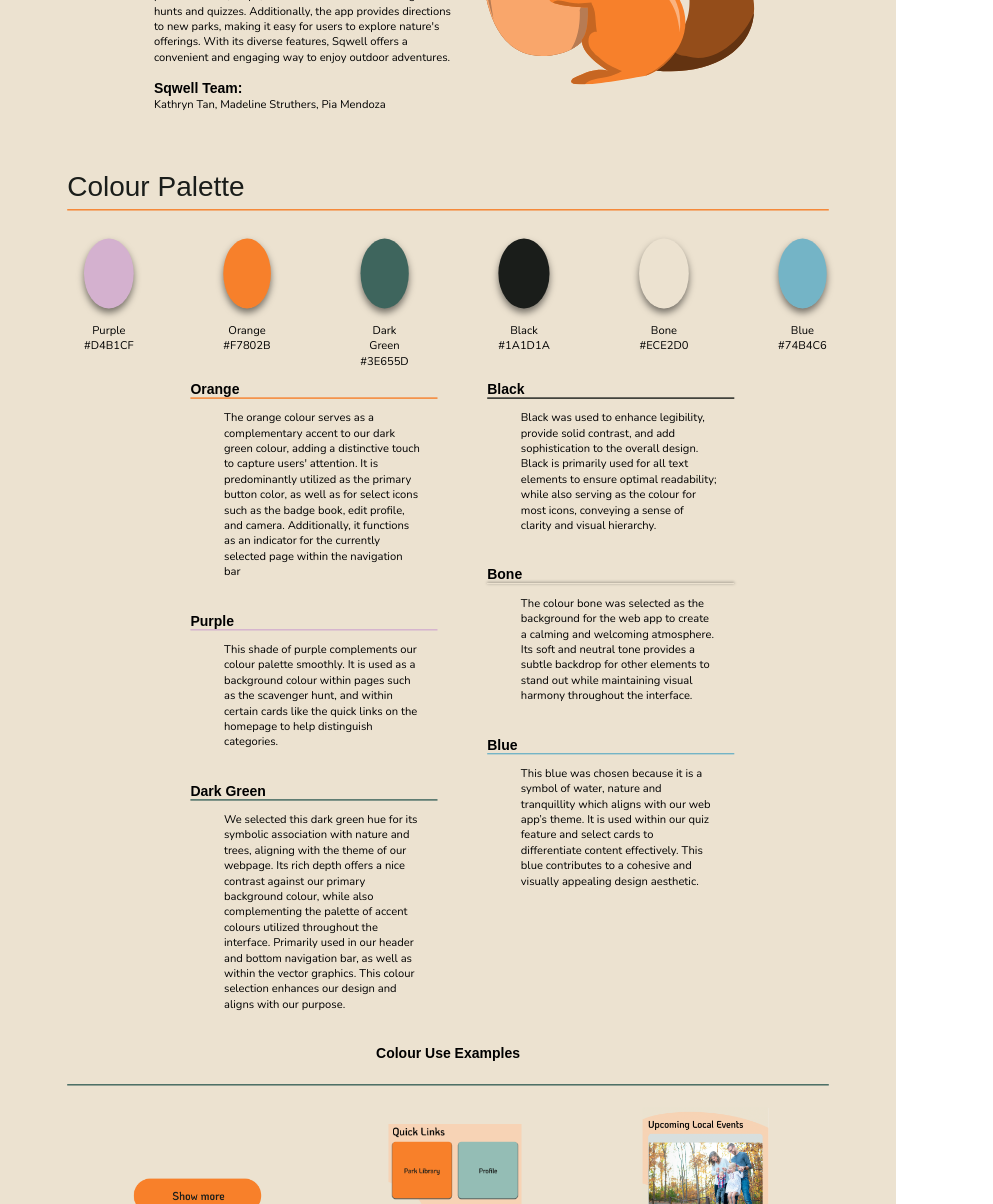
Repository: lpcmendoza/sqwell_styleguide
Page: /
These files come from the project's save history. The page is drawn as it stood at one moment and after the next save; the edit follows.
The browser window is 1280 px wide. The page is 1419 px wide, so the pictures cover 1419 px, including what lies to the right of the window. The pictures show the part of the page from y = 364 to 2084 px (the page is 6430 px tall before and 6452 px after), at 70% of full size.
Some web fonts or font styles are not loaded; a fallback is used. The project was rebuilt for these pictures with package versions that can differ from the ones it lists, and the page was loaded fresh each time. The framework's server and built-in components were replaced by stand-ins that run in the browser. Also part of the build but not shown: next.config.mjs.

Above is the page before, as saved 2024-04-08 14:17:42.

After the next save:
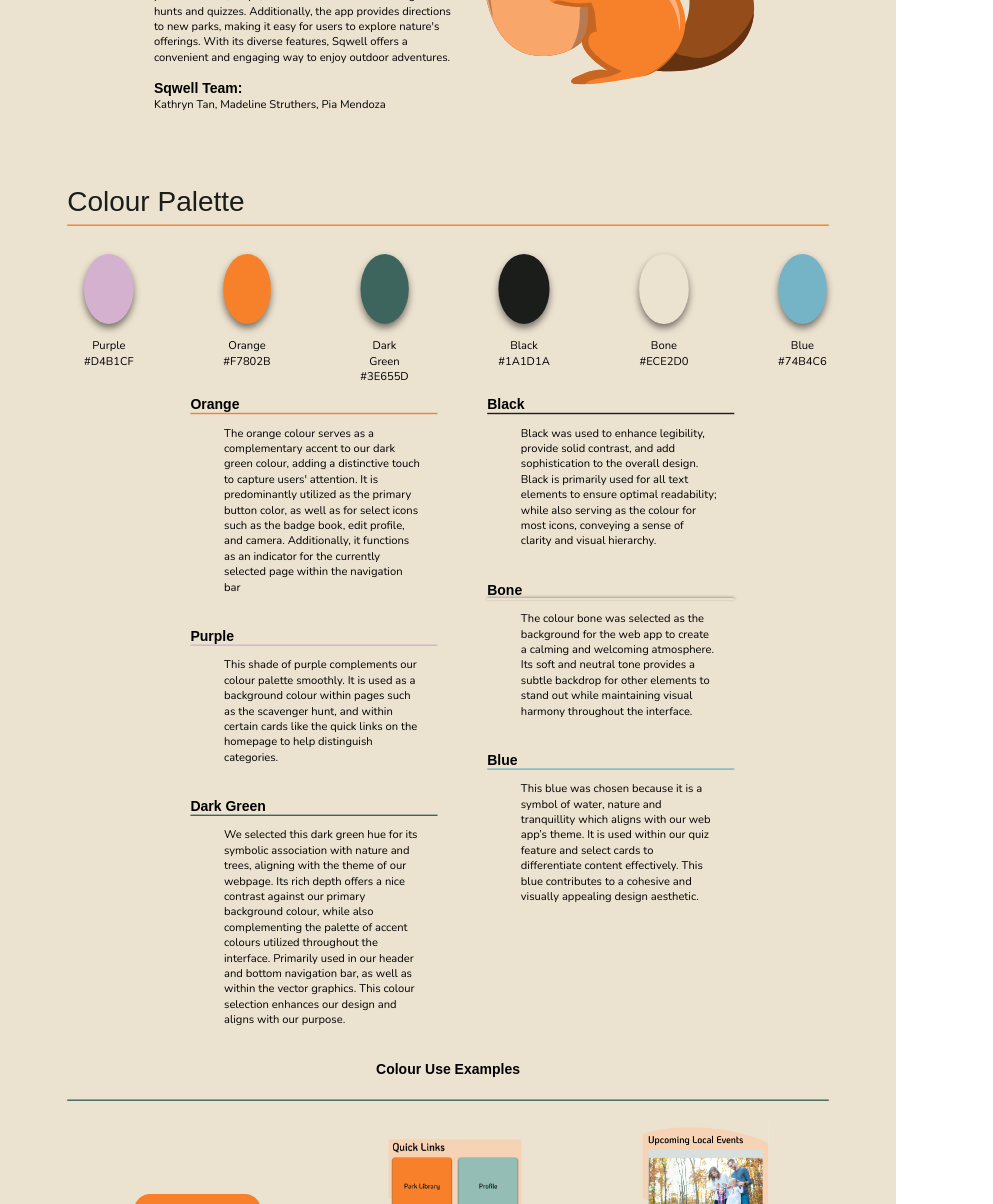
Saved 3 min 57 s later.
--- a/pages/index.js
+++ b/pages/index.js
@@ -14,11 +14,12 @@
     <>
     <MenuBar/>
       <main className={`${styles.main}`}>
-<Header/>
+      <Header/>
+      <br></br>
       <Colours/>
       <br></br>
       <Typography/>
-    <br></br>
+      <br></br>
       <Layout/>
       <br></br>
       <br></br>
